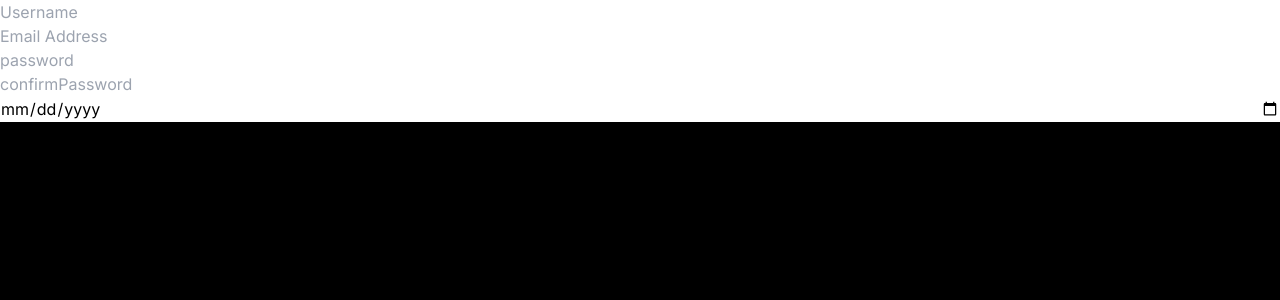
Repository: uh-sman/tiktok-card
Page: /
The author's editor kept a copy of each file at every save. The page is drawn from the files as they stood at one save, then again after the next save.
The browser window is 1280 px wide. The pictures show the whole page.
The project was rebuilt for these pictures with package versions that can differ from the ones it lists, and the page was loaded fresh each time. The framework's server and built-in components were replaced by stand-ins that run in the browser. Also part of the build but not shown: next.config.js.

Above is the page before, as saved 2023-12-19 11:54:42.

After the next save:
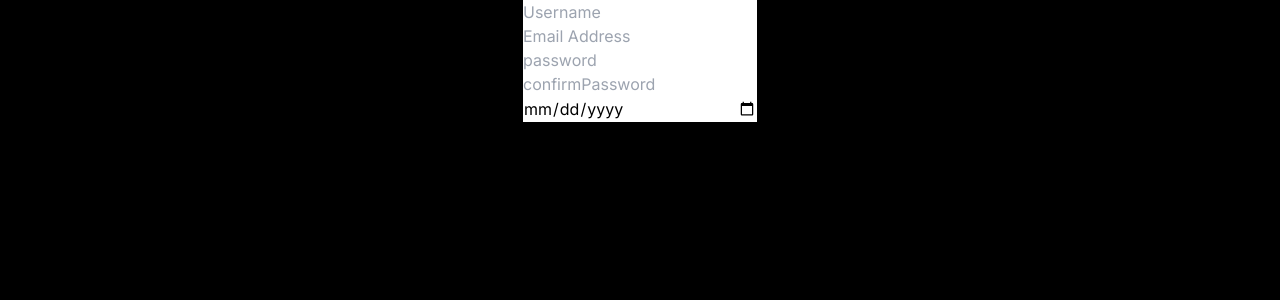
Saved 13 s later.
--- a/app/page.tsx
+++ b/app/page.tsx
@@ -22,7 +22,7 @@
   return (
     <div className="bg-black h-screen w-screen">
       {/* <div className="flex justify-center"> */}
-      <div className="flex justify-center flex-col">
+      <div className="flex justify-center items-center flex-col">
         <form className="flex flex-col" onSubmit={()=> {}}>
           <Input
             className=""

After the 2 saves that followed:
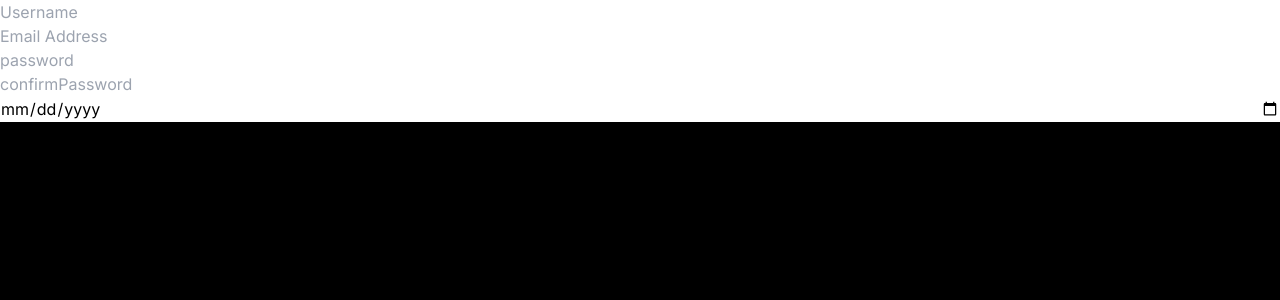
The 2 saves are shown as one change because 1 left the picture as it was.
The last was saved 23 s later.
--- a/app/page.tsx
+++ b/app/page.tsx
@@ -22,8 +22,8 @@
   return (
     <div className="bg-black h-screen w-screen">
       {/* <div className="flex justify-center"> */}
-      <div className="flex justify-center items-center flex-col">
-        <form className="flex flex-col" onSubmit={()=> {}}>
+      <div className="flex justify-center items-center w-full flex-col">
+        <form className="flex flex-col w-full" onSubmit={()=> {}}>
           <Input
             className=""
             id="Username"
